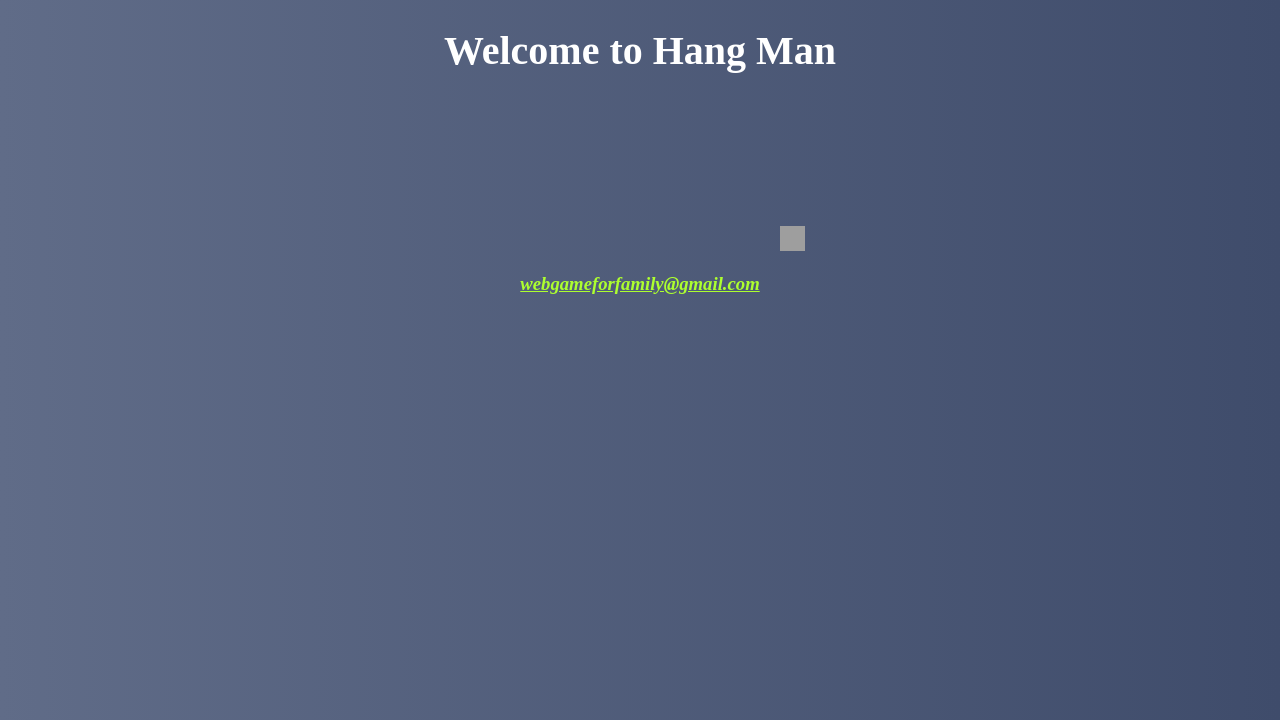
Repository: Darkingfired/Game
Page: hangman.html
An editor plug-in stored every save of this project. The page is shown before and after a run of saves, followed by the edit.
The browser window is 1280 px wide. The pictures show the whole page.
Pictures or frames that could not be fetched are drawn as grey boxes.

Above is the page before, as saved 2022-11-12 20:32:25.

After the next 2 saves:
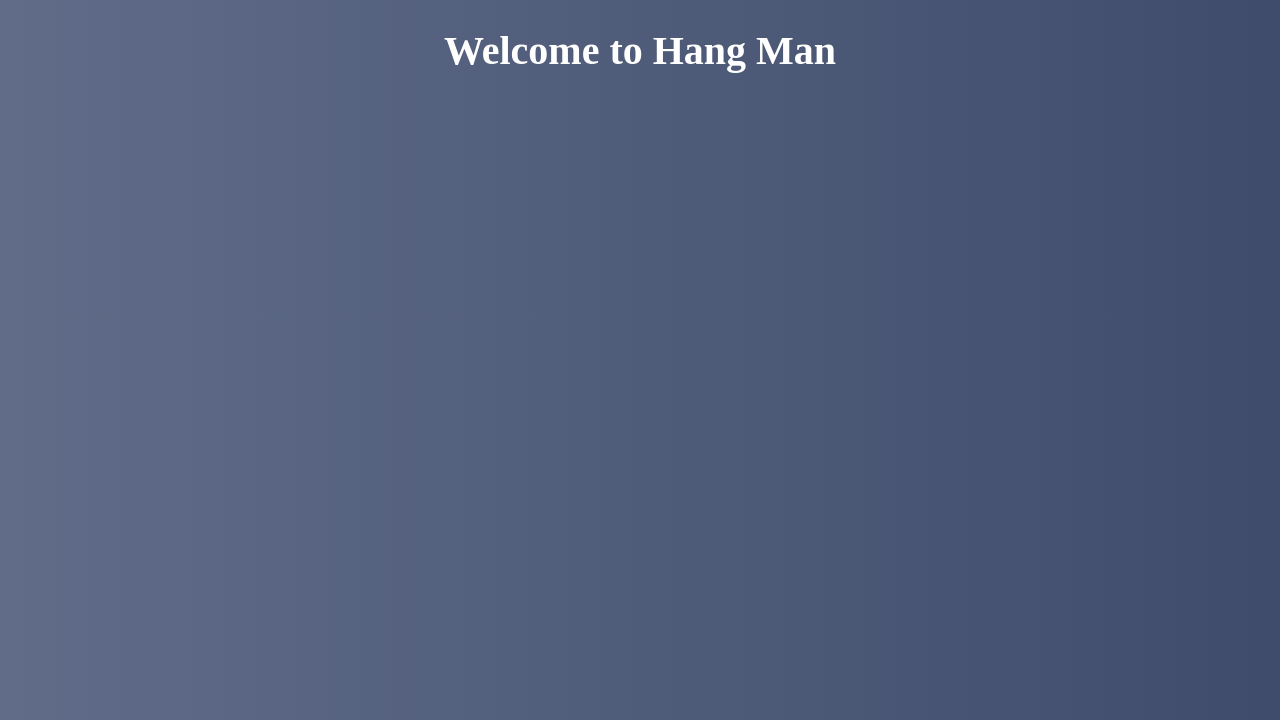
The 2 saves are shown as one change because they came seconds apart.
The last was saved 10 s later.
--- a/hangman.html
+++ b/hangman.html
@@ -15,7 +15,8 @@
 <body>
     <div>
         <h1>Welcome to Hang Man</h1>
-        <canvas id="myCanvas"></canvas>
+        <!-- <canvas id="myCanvas"></canvas> -->
+        <canvas id="my-canvas" width="400px" height="200px"/>
         <img id="myImage" src="./hangman copy.jpg" height="25px", width="25px"/>
 
          <!-- <script>
